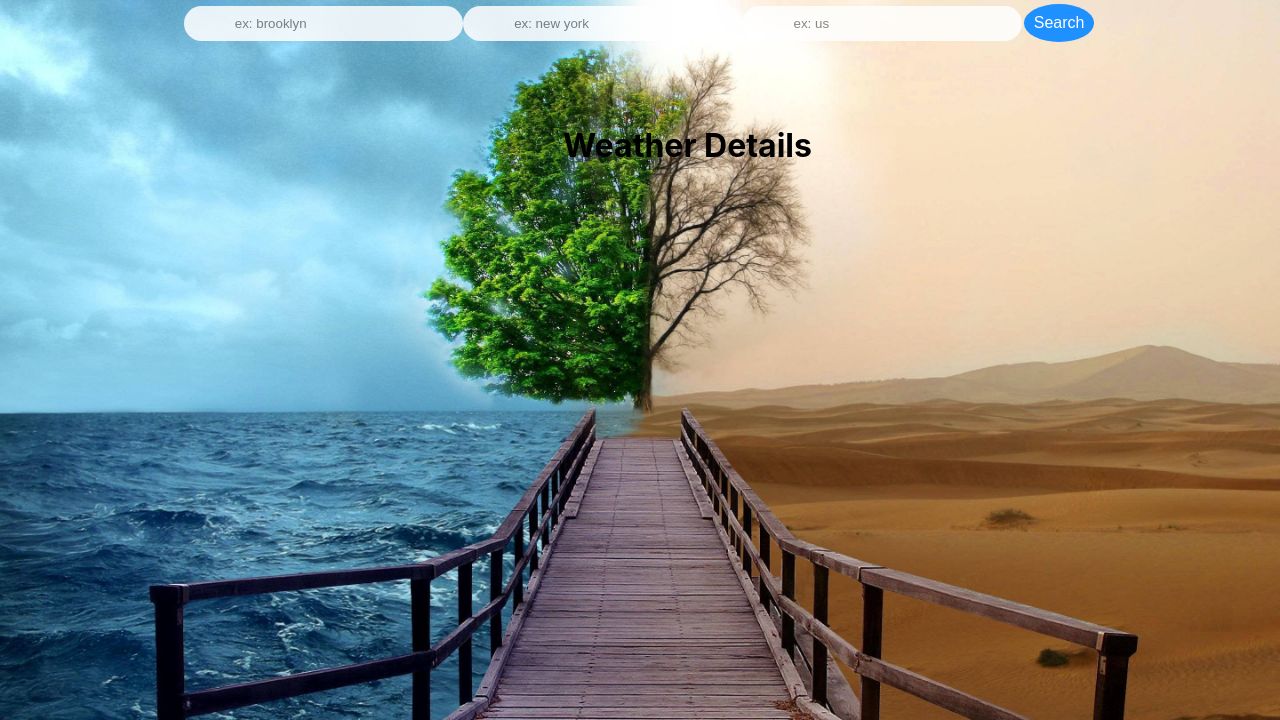
Repository: Mohsin231/Weather_App
Page: /
An editor plug-in stored every save of this project. The page is shown before and after the next save, followed by the edit.
The browser window is 1280 px wide. The pictures show the whole page.
The project was rebuilt for these pictures with package versions that can differ from the ones it lists, and the page was loaded fresh each time.

Above is the page before, as saved 2021-01-25 04:45:02.

After the next save:
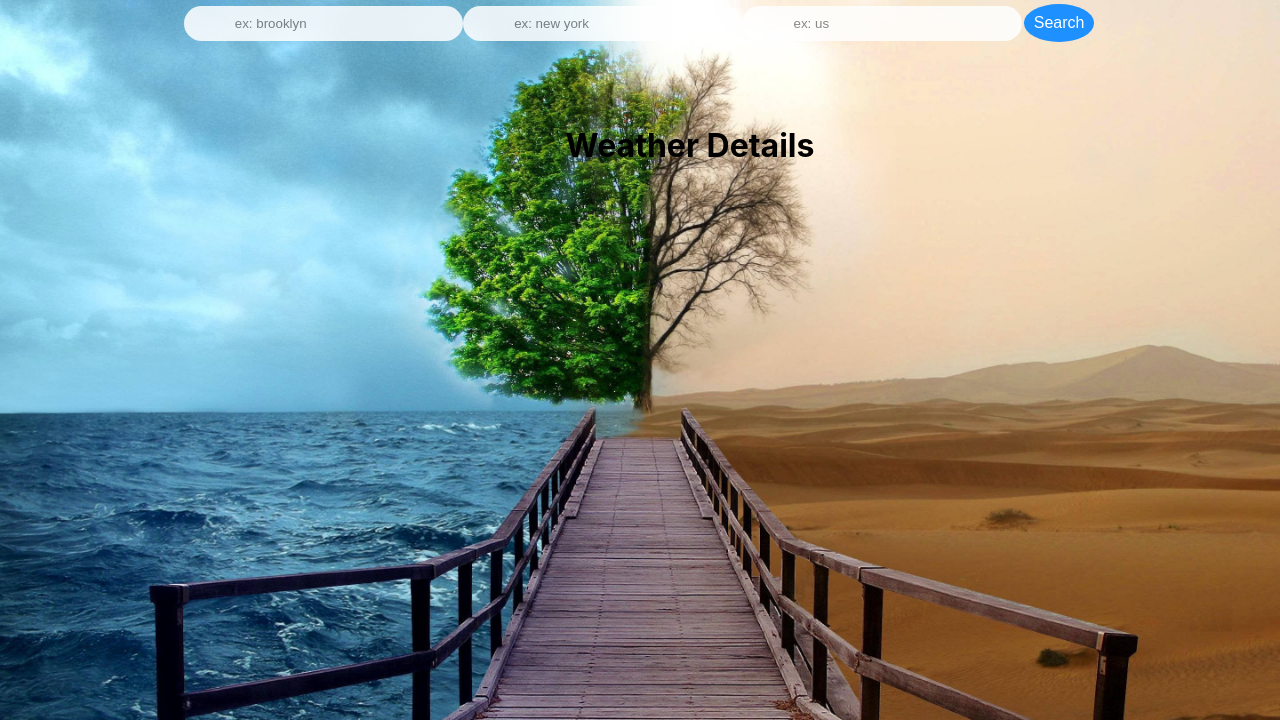
Saved 7 s later.
--- a/src/Weather.css
+++ b/src/Weather.css
@@ -4,7 +4,7 @@
     justify-content: center;
     align-items: center;
     flex-direction: column;
-    padding-left: 95px;
+    padding-left: 100px;
   }
 
 .city {
